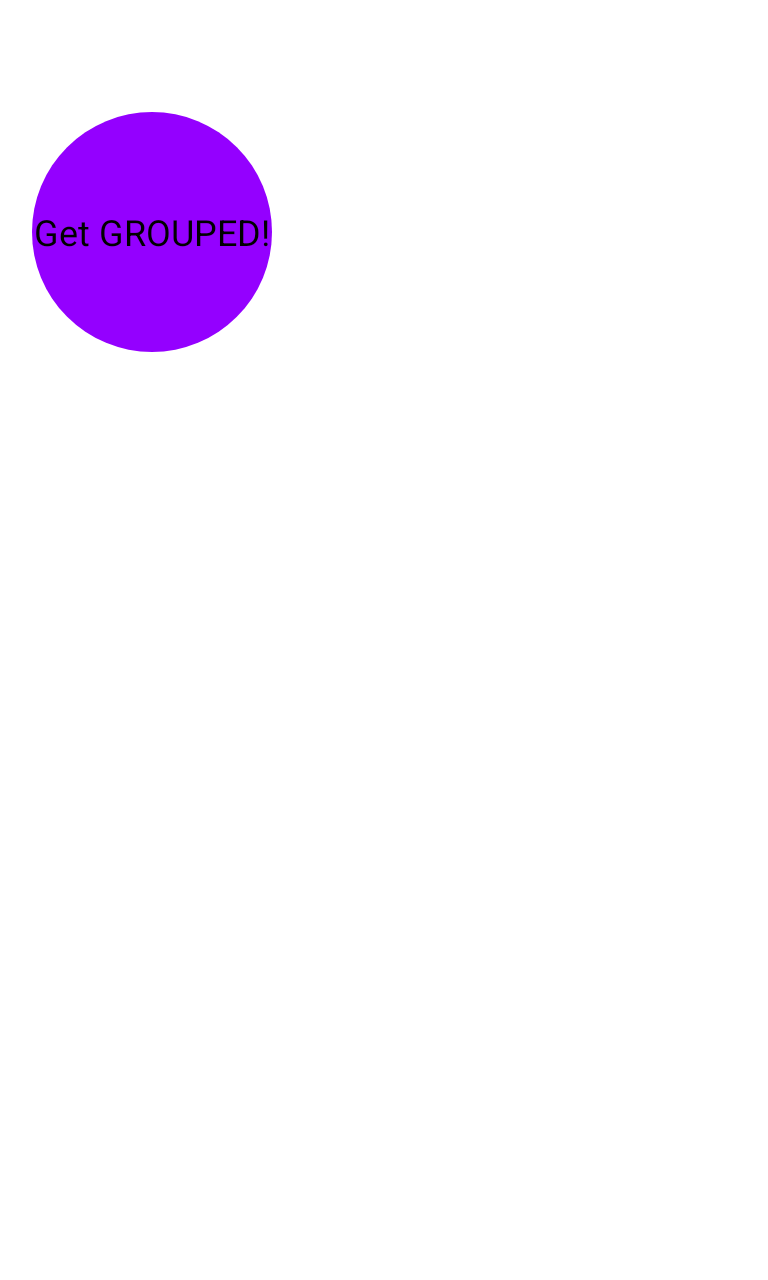
Repository: cs4471/grouped-client
Layout: Grouped/res/layout/activity_main.xml
These files come from the project's save history. The layout is drawn as it stood at one moment and after the next save; the edit follows.
It is drawn on a 768 x 1280 px phone screen (xhdpi) without system bars, with theme AppTheme; the app's code is not run.

Above is the layout before, as saved 2013-09-27 06:36:27.

### Grouped/res/layout/activity_main.xml
<RelativeLayout xmlns:android="http://schemas.android.com/apk/res/android"
    xmlns:tools="http://schemas.android.com/tools"
    android:layout_width="match_parent"
    android:layout_height="match_parent"
    android:paddingBottom="@dimen/activity_vertical_margin"
    android:paddingLeft="@dimen/activity_horizontal_margin"
    android:paddingRight="@dimen/activity_horizontal_margin"
    android:paddingTop="@dimen/activity_vertical_margin"
    tools:context=".MainActivity" >

    <Button
        android:id="@+id/button1"
        android:layout_width="wrap_content"
        android:layout_height="wrap_content"
        android:layout_alignParentLeft="true"
        android:layout_alignParentTop="true"
        android:layout_marginTop="40dp"
        android:background="@drawable/GetGroupedButton"
        android:onClick="openEditGroupPage"
        android:text="Get GROUPED!" />

</RelativeLayout>

### Grouped/res/drawable/GetGroupedButton.xml
<?xml version="1.0" encoding="utf-8"?>
<shape
    xmlns:android="http://schemas.android.com/apk/res/android"
    android:shape="oval">

   <solid
       android:color="#9400ff"/>

   <size
       android:width="120dp"
        android:height="120dp"/>
</shape>

Loaded but not shown: Grouped/res/values/styles.xml (common file); Grouped/res/values-v14/styles.xml (common file); Grouped/res/values/dimens.xml (common file)

After the next save:
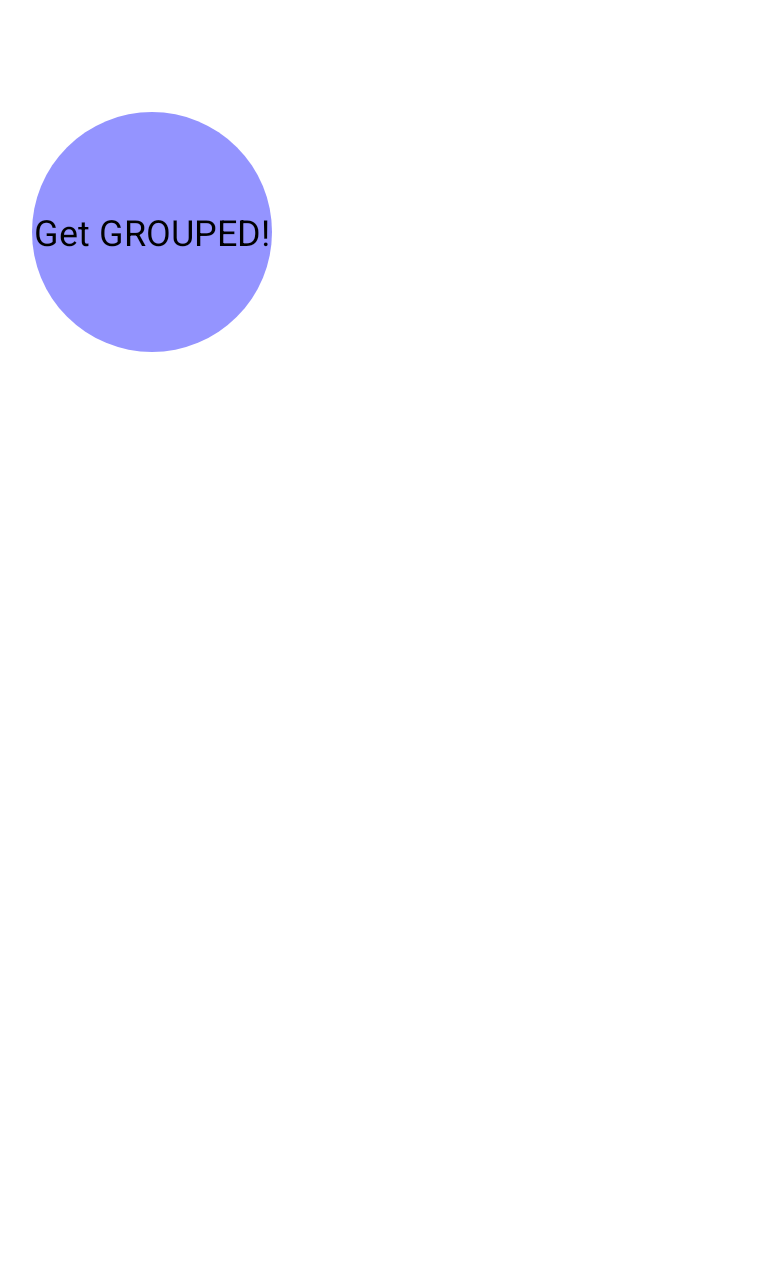
Saved 7 s later.
--- a/Grouped/res/drawable/GetGroupedButton.xml
+++ b/Grouped/res/drawable/GetGroupedButton.xml
@@ -4,7 +4,7 @@
     android:shape="oval">
 
    <solid
-       android:color="#9400ff"/>
+       android:color="#9494ff"/>
 
    <size
        android:width="120dp"
